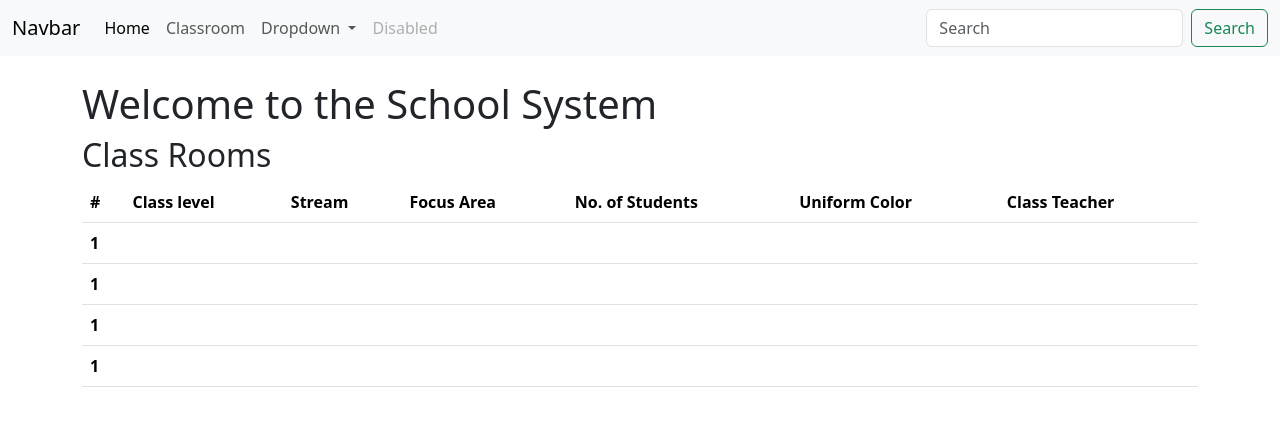
Repository: Mbote-Joseph/Django-Recap
Page: http://localhost/classroom
The author's editor kept a copy of each file at every save. The page is drawn from the files as they stood at one save, then again after the next save.
The browser window is 1280 px wide. The pictures show the whole page.
The page is served by the project's application, run on Django 5.2 (manage.py). Other server files are loaded and not shown. The page reads the database file committed with the project.

Above is the page before, as saved 2025-12-15 19:59:17.

### school/classroom/templates/classroom/classroom.html
{% extends 'base.html' %}

{% block content %}

<div class="container my-4">

    <h1> Welcome to the School System</h1>
    <h2> Class Rooms </h2>


    <table class="table">
    <thead>
        <tr>
        <th scope="col">#</th>
        <th scope="col"> Class level</th>
        <th scope="col"> Stream </th>
        <th scope="col">Focus Area</th>
        <th scope="col">No. of Students</th>
        <th scope="col">Uniform Color</th>
        <th scope="col">Class Teacher</th>
        </tr>
    </thead>
    <tbody>
        {% for class in classrooms %}
        <tr>
        <th scope="row">1</th>
        <td>{{ classroom.name}} </td>
        <td>{{ classroom.stream}} </td>
        <td>{{ classroom.focus}} </td>
        <td>{{ classroom.students}} </td>
        <td>{{ classroom.uniform}} </td>
        <td>{{ classroom.classteacher}} </td>
        </tr>
        {% endfor %}
    </tbody>
    </table>



</div>

{% endblock %}

### school/static/templates/base.html
<!doctype html>
<html lang="en">
  <head>
    <meta charset="utf-8">
    <meta name="viewport" content="width=device-width, initial-scale=1">
    <title> {{title}}</title>
    <link href="https://cdn.jsdelivr.net/npm/bootstrap@5.3.8/dist/css/bootstrap.min.css" rel="stylesheet" integrity="sha384-sRIl4kxILFvY47J16cr9ZwB07vP4J8+LH7qKQnuqkuIAvNWLzeN8tE5YBujZqJLB" crossorigin="anonymous">
  </head>
  <body>
    <nav class="navbar navbar-expand-lg bg-body-tertiary">
      <div class="container-fluid">
        <a class="navbar-brand" href="{% url 'home' %}" >Navbar</a>
        <button class="navbar-toggler" type="button" data-bs-toggle="collapse" data-bs-target="#navbarSupportedContent" aria-controls="navbarSupportedContent" aria-expanded="false" aria-label="Toggle navigation">
          <span class="navbar-toggler-icon"></span>
        </button>
        <div class="collapse navbar-collapse" id="navbarSupportedContent">
          <ul class="navbar-nav me-auto mb-2 mb-lg-0">
            <li class="nav-item">
              <a class="nav-link active" aria-current="page" href="{% url 'home' %}">Home</a>
            </li>
            <li class="nav-item">
              <a class="nav-link" href="{% url 'classroom' %}" >Classroom</a>
            </li>
            <li class="nav-item dropdown">
              <a class="nav-link dropdown-toggle" href="#" role="button" data-bs-toggle="dropdown" aria-expanded="false">
                Dropdown
              </a>
              <ul class="dropdown-menu">
                <li><a class="dropdown-item" href="#">Action</a></li>
                <li><a class="dropdown-item" href="#">Another action</a></li>
                <li><hr class="dropdown-divider"></li>
                <li><a class="dropdown-item" href="#">Something else here</a></li>
              </ul>
            </li>
            <li class="nav-item">
              <a class="nav-link disabled" aria-disabled="true">Disabled</a>
            </li>
          </ul>
          <form class="d-flex" role="search">
            <input class="form-control me-2" type="search" placeholder="Search" aria-label="Search"/>
            <button class="btn btn-outline-success" type="submit">Search</button>
          </form>
        </div>
      </div>
    </nav>
    {% block content%}


    {% endblock %}


    <script src="https://cdn.jsdelivr.net/npm/bootstrap@5.3.8/dist/js/bootstrap.bundle.min.js" integrity="sha384-FKyoEForCGlyvwx9Hj09JcYn3nv7wiPVlz7YYwJrWVcXK/BmnVDxM+D2scQbITxI" crossorigin="anonymous"></script>
  </body>
</html>

### school/classroom/models.py
from django.db import models

# Create your models here.
class ClassRoom(models.Model):
    FOCUS_AREA = {
        ('Sciences', 'Sciences'),
        ('Sports', 'Sports'),
        ('Languages', 'Languages'),
    }

    STREAM = {
        ('Red', 'Red'),
        ('Green', 'Green'),
        ('Blue', 'Blue'),
        ('Yellow', 'Yellow'),
    }
    COLOR = {
        ('Black', 'Black'),
        ('Grey', 'Grey'),
        ('White', 'White')
    }
    name = models.CharField(max_length=100)
    stream = models.CharField(max_length=100, choices= STREAM)
    focus = models.CharField(max_length=100, choices=FOCUS_AREA)
    students = models.IntegerField()
    uniform = models.CharField(max_length=100, choices=COLOR)
    classteacher = models.CharField(max_length=100)

### school/classroom/views.py
from django.shortcuts import render
from django.views.generic import ListView, DetailView, CreateView, UpdateView, TemplateView
# Create your views here.
from classroom.models import ClassRoom

# class ClassRoomView(TemplateView):
#     template_name = "classroom/classroom.html"
#     extra_context = {
#         'title': 'Classroom Page'
#     }

class ClassroomListView(ListView):
    model = ClassRoom
    context_object_name = 'classrooms'
    template_name = 'classroom/classroom.html'
    extra_context = {
        'title': 'Classroom Page'
    }

### school/school/urls.py
"""
URL configuration for school project.

The `urlpatterns` list routes URLs to views. For more information please see:
    https://docs.djangoproject.com/en/6.0/topics/http/urls/
Examples:
Function views
    1. Add an import:  from my_app import views
    2. Add a URL to urlpatterns:  path('', views.home, name='home')
Class-based views
    1. Add an import:  from other_app.views import Home
    2. Add a URL to urlpatterns:  path('', Home.as_view(), name='home')
Including another URLconf
    1. Import the include() function: from django.urls import include, path
    2. Add a URL to urlpatterns:  path('blog/', include('blog.urls'))
"""
from django.contrib import admin
from django.urls import path, include


urlpatterns = [
    path('admin/', admin.site.urls),
    path('home', include('home.urls')),
    path('classroom', include('classroom.urls'))

]

### school/home/urls.py
# Copyright 2025 josephmbote
#
# Licensed under the Apache License, Version 2.0 (the "License");
# you may not use this file except in compliance with the License.
# You may obtain a copy of the License at
#
#     https://www.apache.org/licenses/LICENSE-2.0
#
# Unless required by applicable law or agreed to in writing, software
# distributed under the License is distributed on an "AS IS" BASIS,
# WITHOUT WARRANTIES OR CONDITIONS OF ANY KIND, either express or implied.
# See the License for the specific language governing permissions and
# limitations under the License.

from django.urls import path
from .views import HomeView
urlpatterns = [
    path('', HomeView.as_view(), name="home")
]

### school/classroom/urls.py
from classroom.views import ClassroomListView
# Copyright 2025 josephmbote
#
# Licensed under the Apache License, Version 2.0 (the "License");
# you may not use this file except in compliance with the License.
# You may obtain a copy of the License at
#
#     https://www.apache.org/licenses/LICENSE-2.0
#
# Unless required by applicable law or agreed to in writing, software
# distributed under the License is distributed on an "AS IS" BASIS,
# WITHOUT WARRANTIES OR CONDITIONS OF ANY KIND, either express or implied.
# See the License for the specific language governing permissions and
# limitations under the License.

from django.urls import path
from .views import ClassroomListView
urlpatterns = [
    path('', ClassroomListView.as_view(), name="classroom" )
]

### school/db.sqlite3 (the tables this page reads, as SQL)
CREATE TABLE "classroom_classroom" ("id" integer NOT NULL PRIMARY KEY AUTOINCREMENT, "name" varchar(100) NOT NULL, "stream" varchar(100) NOT NULL, "focus" varchar(100) NOT NULL, "students" integer NOT NULL, "uniform" varchar(100) NOT NULL, "classteacher" varchar(100) NOT NULL);
INSERT INTO "classroom_classroom" VALUES
(1, 'Grade 1', 'Red', 'Sports', 52, 'Black', 'Mr Joseph'),
(2, 'Grade 3', 'Green', 'Sciences', 43, 'Grey', 'Madam Audrey'),
(3, 'Grade 2', 'Blue', 'Sciences', 45, 'Black', 'Tr. Ann'),
(7, 'Grade 1', 'Yellow', 'Languages', 45, 'White', 'Madam Audrey');

After the next save:
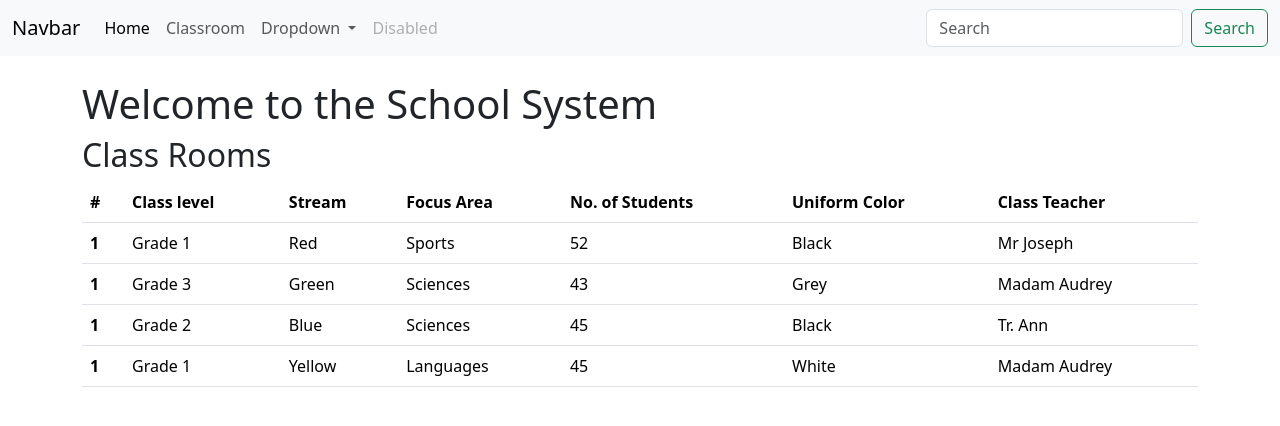
Saved 22 s later.
--- a/school/classroom/templates/classroom/classroom.html
+++ b/school/classroom/templates/classroom/classroom.html
@@ -21,7 +21,7 @@
         </tr>
     </thead>
     <tbody>
-        {% for class in classrooms %}
+        {% for classroom in classrooms %}
         <tr>
         <th scope="row">1</th>
         <td>{{ classroom.name}} </td>
